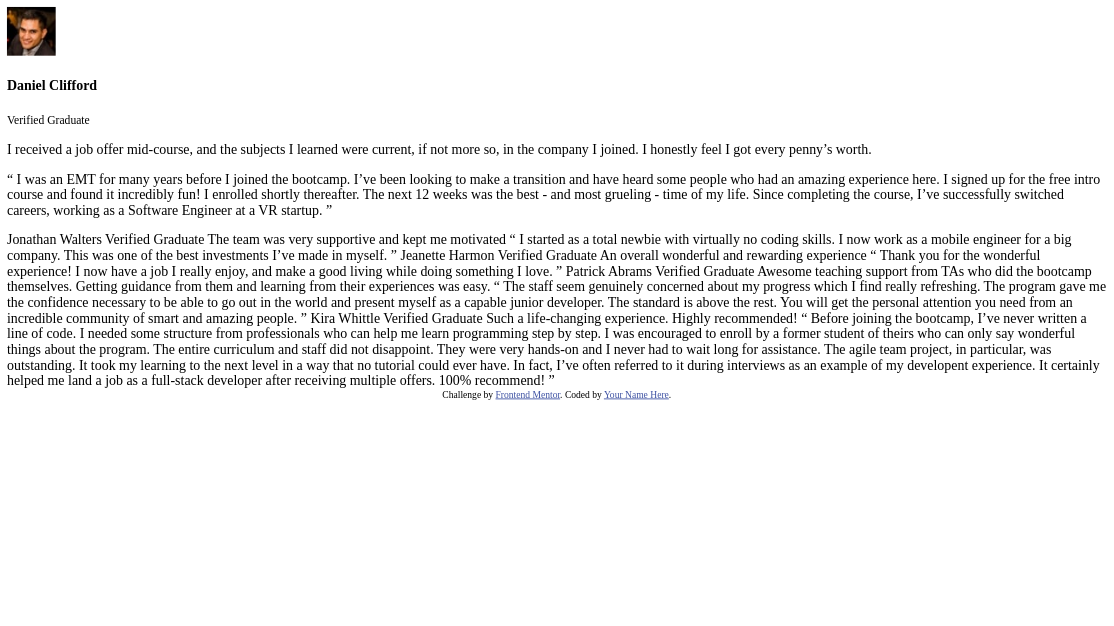
Repository: DejV44/testimonials_grid_section_main
Page: index.html
An editor plug-in stored every save of this project. The page is shown before and after the next save, followed by the edit.
The browser window is 1280 px wide. The pictures show the whole page, at 87% of full size.
The style sheet was rebuilt from its Sass, Less or Tailwind sources for each picture, by a compiler version that may differ from the author's.

Above is the page before, as saved 2021-07-13 21:13:30.

### index.html
<!DOCTYPE html>
<html lang="en">
<head>
  <meta charset="UTF-8">
  <meta name="viewport" content="width=device-width, initial-scale=1.0">
  <link rel="stylesheet" href="css/style.css">
  <link rel="icon" type="image/png" sizes="32x32" href="./images/favicon-32x32.png">

  <title>Frontend Mentor | Testimonials grid section</title>
</head>
<body>
  <div class="container">
    <div class="cards">
      <div class="image">
        <img src="./images/image-daniel.jpg" alt="/images/image-daniel.jpg">
        <div>
          <h4>Daniel Clifford</h4>
          <small>Verified Graduate</small>
        </div>
      </div>
      <p>I received a job offer mid-course, and the subjects I learned were  current, if not more so,
  in the company I joined. I honestly feel I got every penny’s worth.</p>
      <p>“ I was an EMT for many years before I joined the bootcamp. I’ve been looking to make a
  transition and have heard some people who had an amazing experience here. I signed up
  for the free intro course and found it incredibly fun! I enrolled shortly thereafter.
  The next 12 weeks was the best - and most grueling - time of my life. Since completing
  the course, I’ve successfully switched careers, working as a Software Engineer at a VR startup. ”</p>
    </div>
  </div>







  Jonathan Walters
  Verified Graduate

  The team was very supportive and kept me motivated

  “ I started as a total newbie with virtually no coding skills. I now work as a mobile engineer
  for a big company. This was one of the best investments I’ve made in myself. ”

  Jeanette Harmon
  Verified Graduate

  An overall wonderful and rewarding experience

  “ Thank you for the wonderful experience! I now have a job I really enjoy, and make a good living
  while doing something I love. ”

  Patrick Abrams
  Verified Graduate

  Awesome teaching support from TAs who did the bootcamp themselves. Getting guidance from them and
  learning from their experiences was easy.

  “ The staff seem genuinely concerned about my progress which I find really refreshing. The program
  gave me the confidence necessary to be able to go out in the world and present myself as a capable
  junior developer. The standard is above the rest. You will get the personal attention you need from
  an incredible community of smart and amazing people. ”

  Kira Whittle
  Verified Graduate

  Such a life-changing experience. Highly recommended!

  “ Before joining the bootcamp, I’ve never written a line of code. I needed some structure from
  professionals who can help me learn programming step by step. I was encouraged to enroll by a former
  student of theirs who can only say wonderful things about the program. The entire curriculum and staff
  did not disappoint. They were very hands-on and I never had to wait long for assistance. The agile team
  project, in particular, was outstanding. It took my learning to the next level in a way that no tutorial
  could ever have. In fact, I’ve often referred to it during interviews as an example of my developent
  experience. It certainly helped me land a job as a full-stack developer after receiving multiple offers.
  100% recommend! ”

  <div class="attribution">
    Challenge by <a href="https://www.frontendmentor.io?ref=challenge" target="_blank">Frontend Mentor</a>.
    Coded by <a href="#">Your Name Here</a>.
  </div>
</body>
</html>

Loaded but not shown: css/style.scss (common file)

After the next save:
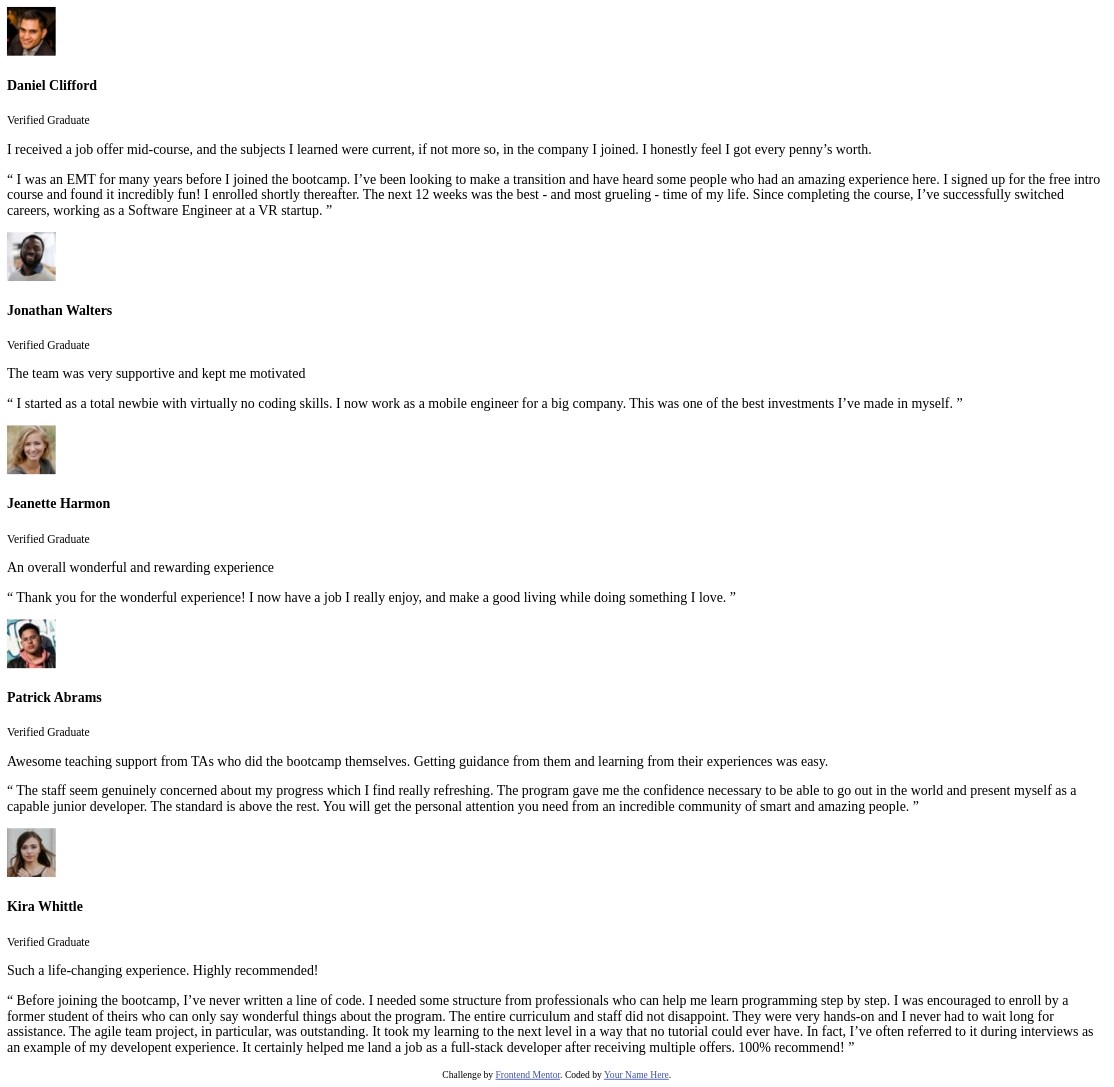
Saved 9 min 11 s later.
--- a/index.html
+++ b/index.html
@@ -1,83 +1,94 @@
 <!DOCTYPE html>
 <html lang="en">
+
 <head>
   <meta charset="UTF-8">
   <meta name="viewport" content="width=device-width, initial-scale=1.0">
   <link rel="stylesheet" href="css/style.css">
   <link rel="icon" type="image/png" sizes="32x32" href="./images/favicon-32x32.png">
-
   <title>Frontend Mentor | Testimonials grid section</title>
 </head>
+
 <body>
   <div class="container">
     <div class="cards">
       <div class="image">
-        <img src="./images/image-daniel.jpg" alt="/images/image-daniel.jpg">
+        <img src="./images/image-daniel.jpg" alt="image-daniel">
         <div>
           <h4>Daniel Clifford</h4>
           <small>Verified Graduate</small>
         </div>
       </div>
-      <p>I received a job offer mid-course, and the subjects I learned were  current, if not more so,
-  in the company I joined. I honestly feel I got every penny’s worth.</p>
+      <p>I received a job offer mid-course, and the subjects I learned were current, if not more so,
+        in the company I joined. I honestly feel I got every penny’s worth.</p>
       <p>“ I was an EMT for many years before I joined the bootcamp. I’ve been looking to make a
-  transition and have heard some people who had an amazing experience here. I signed up
-  for the free intro course and found it incredibly fun! I enrolled shortly thereafter.
-  The next 12 weeks was the best - and most grueling - time of my life. Since completing
-  the course, I’ve successfully switched careers, working as a Software Engineer at a VR startup. ”</p>
+        transition and have heard some people who had an amazing experience here. I signed up
+        for the free intro course and found it incredibly fun! I enrolled shortly thereafter.
+        The next 12 weeks was the best - and most grueling - time of my life. Since completing
+        the course, I’ve successfully switched careers, working as a Software Engineer at a VR startup. ”</p>
+    </div>
+    <div class="cards">
+      <div class="image">
+        <img src="./images/image-jonathan.jpg" alt="image-jonathan">
+        <div>
+          <h4>Jonathan Walters</h4>
+          <small>Verified Graduate</small>
+        </div>
+      </div>
+      <p>The team was very supportive and kept me motivated</p>
+      <p>“ I started as a total newbie with virtually no coding skills. I now work as a mobile engineer
+        for a big company. This was one of the best investments I’ve made in myself. ”</p>
+    </div>
+    <div class="cards">
+      <div class="image">
+        <img src="./images/image-jeanette.jpg" alt="image-jeanette">
+        <div>
+          <h4>Jeanette Harmon</h4>
+          <small>Verified Graduate</small>
+        </div>
+      </div>
+      <p>An overall wonderful and rewarding experience</p>
+      <p>“ Thank you for the wonderful experience! I now have a job I really enjoy, and make a good living
+        while doing something I love. ”</p>
+    </div>
+    <div class="cards">
+      <div class="image">
+        <img src="./images/image-patrick.jpg" alt="image-patrick">
+        <div>
+          <h4>Patrick Abrams</h4>
+          <small>Verified Graduate</small>
+        </div>
+      </div>
+      <p>Awesome teaching support from TAs who did the bootcamp themselves. Getting guidance from them and
+        learning from their experiences was easy.</p>
+      <p>“ The staff seem genuinely concerned about my progress which I find really refreshing. The program
+        gave me the confidence necessary to be able to go out in the world and present myself as a capable
+        junior developer. The standard is above the rest. You will get the personal attention you need from
+        an incredible community of smart and amazing people. ”</p>
+    </div>
+    <div class="cards">
+      <div class="image">
+        <img src="./images/image-kira.jpg" alt="image-kira">
+        <div>
+          <h4>Kira Whittle</h4>
+          <small>Verified Graduate</small>
+        </div>
+      </div>
+      <p>Such a life-changing experience. Highly recommended!</p>
+      <p>“ Before joining the bootcamp, I’ve never written a line of code. I needed some structure from
+        professionals who can help me learn programming step by step. I was encouraged to enroll by a former
+        student of theirs who can only say wonderful things about the program. The entire curriculum and staff
+        did not disappoint. They were very hands-on and I never had to wait long for assistance. The agile team
+        project, in particular, was outstanding. It took my learning to the next level in a way that no tutorial
+        could ever have. In fact, I’ve often referred to it during interviews as an example of my developent
+        experience. It certainly helped me land a job as a full-stack developer after receiving multiple offers.
+        100% recommend! ”</p>
     </div>
   </div>
-
-
-
-
-
-
-
-  Jonathan Walters
-  Verified Graduate
-
-  The team was very supportive and kept me motivated
-
-  “ I started as a total newbie with virtually no coding skills. I now work as a mobile engineer
-  for a big company. This was one of the best investments I’ve made in myself. ”
-
-  Jeanette Harmon
-  Verified Graduate
-
-  An overall wonderful and rewarding experience
-
-  “ Thank you for the wonderful experience! I now have a job I really enjoy, and make a good living
-  while doing something I love. ”
-
-  Patrick Abrams
-  Verified Graduate
-
-  Awesome teaching support from TAs who did the bootcamp themselves. Getting guidance from them and
-  learning from their experiences was easy.
-
-  “ The staff seem genuinely concerned about my progress which I find really refreshing. The program
-  gave me the confidence necessary to be able to go out in the world and present myself as a capable
-  junior developer. The standard is above the rest. You will get the personal attention you need from
-  an incredible community of smart and amazing people. ”
-
-  Kira Whittle
-  Verified Graduate
-
-  Such a life-changing experience. Highly recommended!
-
-  “ Before joining the bootcamp, I’ve never written a line of code. I needed some structure from
-  professionals who can help me learn programming step by step. I was encouraged to enroll by a former
-  student of theirs who can only say wonderful things about the program. The entire curriculum and staff
-  did not disappoint. They were very hands-on and I never had to wait long for assistance. The agile team
-  project, in particular, was outstanding. It took my learning to the next level in a way that no tutorial
-  could ever have. In fact, I’ve often referred to it during interviews as an example of my developent
-  experience. It certainly helped me land a job as a full-stack developer after receiving multiple offers.
-  100% recommend! ”
-
   <div class="attribution">
     Challenge by <a href="https://www.frontendmentor.io?ref=challenge" target="_blank">Frontend Mentor</a>.
     Coded by <a href="#">Your Name Here</a>.
   </div>
 </body>
+
 </html>
